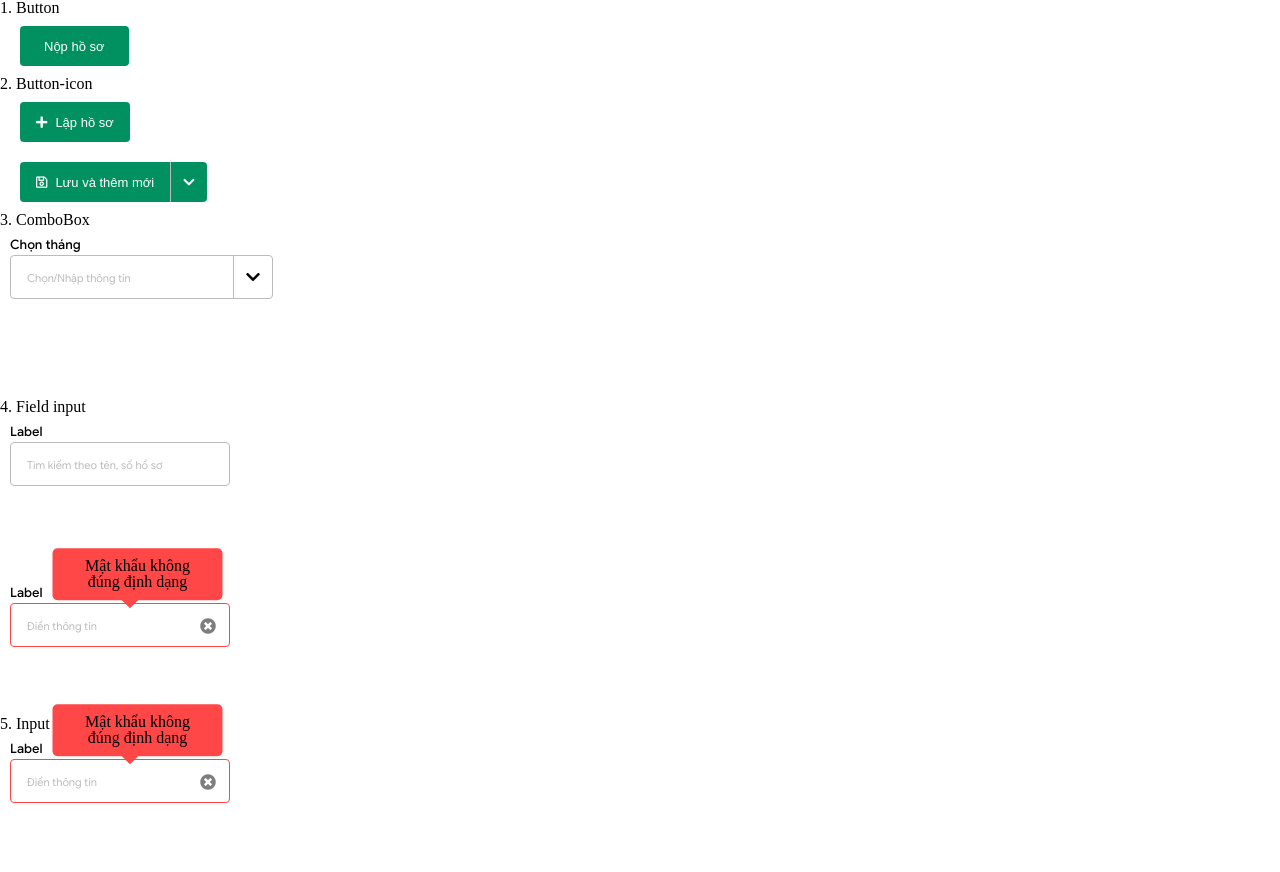
Repository: DAOVANLOI2K1/cukcuk_employeeGrid
Page: Page/index.html
An editor plug-in stored every save of this project. The page is shown before and after the next save, followed by the edit.
The browser window is 1280 px wide. The pictures show the whole page.

Above is the page before, as saved 2022-06-28 10:11:22.

### Page/index.html
<!DOCTYPE html>
<html lang="en">
<head>
    <meta charset="UTF-8">
    <meta http-equiv="X-UA-Compatible" content="IE=edge">
    <meta name="viewport" content="width=\\, initial-scale=1.0">
    <link rel="stylesheet" href="../css/common/common.css">
    <link rel="stylesheet" href="../css/layout/reset.css">
    <link rel="stylesheet" href="../asset/font/fontawesome-5.15.1/css/all.min.css">
    <title>Document</title>
</head>
<body>
    <label>1. Button</label>
    <div class="row">
        <button class="ms-btn">Nộp hồ sơ</button>
    </div>
    <label>2. Button-icon</label>
    <div class="row">
        <button class="ms-btn ms-btn-icon"><i class="fas fa-plus icon"></i>Lập hồ sơ</button>
    </div>
    <div class="row">
        <button class="ms-btn ms-btn-icon btn2"><i class="far fa-save icon"></i>Lưu và thêm mới</button>
        <button class="ms-btn arrow-down"><i class="fas fa-chevron-down icon"></i></button>
    </div>
    <label>3. ComboBox</label>
    <div class="row">
        <h3 class="label">Chọn tháng</h3>
        <div class="combo_box">
            <input type="text" class="ms-input input1" id="input" placeholder="Chọn/Nhập thông tin">
            <i class="fas fa-chevron-down icon"></i>
            <div class="options-dropdown">
                <div class="option">
                    <i class="fas fa-check option_icon"></i>
                    <h3 class="option_text">Trạng thái 1</h3>
                </div>
                <div class="option">
                    <i class="fas fa-check option_icon"></i>
                    <h3 class="option_text">Trạng thái 2</h3>
                </div>
            </div>
        </div>
    </div>
    <label>4. Field input</label>
    <div class="row">
        <h3 class="label">Label</h3>
        <input type="text" class="ms-input" placeholder="Tìm kiếm theo tên, số hồ sơ">
    </div>
    <div class="row" style="margin-top: 100px;">
        <h3 class="label">Label</h3>
        <input type="text" class="ms-input error_input" placeholder="Điền thông tin">
        <div class="error_box">
            <h2 class="error_message">Mật khẩu không đúng định dạng</h2>
        </div>
        <i class="fas fa-times-circle error_icon"></i>
    </div>
    <label>5. Input Icon</label>
    <div class="row">
        <h3 class="label">Label</h3>
        <input type="text" class="ms-input error_input" placeholder="Điền thông tin">
        <div class="error_box">
            <h2 class="error_message">Mật khẩu không đúng định dạng</h2>
        </div>
        <i class="fas fa-times-circle error_icon"></i>
    </div>
    <script src="../js/main.js"></script>
</body>
</html>

### css/common/common.css
@import url(button.css);
@import url(input.css);
@import url(combobox.css);
@import url(fieldInput.css);

body {
    font-family: GoogleSans-Regular;
    box-sizing: border-box;
}

.row {
    margin-left: 10px;
}

@font-face {
    font-family: GoogleSans-Bold;
    src: url(../../asset/font/GoogleSans-Bold.otf);
}
@font-face {
    font-family: GoogleSans-Medium;
    src: url(../../asset/font/GoogleSans-Medium.otf);
}
@font-face {
    font-family: GoogleSans-Regular;
    src: url(../../asset/font/GoogleSans-Regular.otf);
}

### js/main.js
// click arrow combobox
document.querySelector('.combo_box .icon').addEventListener('click', function(e) {
    this.classList.toggle('active');
    document.getElementsByClassName('option')[1].classList.remove('active');
    document.getElementsByClassName('option')[0].classList.remove('active');
});
// click option drop combobox
document.getElementsByClassName('option')[0].addEventListener('click', function() {
    this.classList.add('active');
    document.getElementsByClassName('option')[1].classList.remove('active');
    document.getElementById('input').value = 'Trạng thái 1';
});
document.getElementsByClassName('option')[1].addEventListener('click', function() {
    this.classList.add('active');
    document.getElementsByClassName('option')[0].classList.remove('active');
    document.getElementById('input').value = 'Trạng thái 2';
});

### css/common/button.css
.ms-btn {
    margin: 10px;
    height: 40px;
    padding: 0 24px;
    color: #fff;
    background-color: #019160;
    border-radius: 4px;
    font-size: 13px;
    align-items: center;
    border: none;
    cursor: pointer;
    min-width: 100px;
    transition: all .1s linear;
}

.ms-btn:hover {
    background-color: #2fbe8e;
}

.ms-btn:active {
    background-color: #01b075;
}

.ms-btn-icon {
    padding: 0 16px;
    text-align: left;
    margin-right: 0;
}

.ms-btn-icon > .icon{
    margin-right: 8px;
}

.btn2 {
    border-top-right-radius: 0;
    border-bottom-right-radius: 0;
}

.arrow-down {
    padding: 0 12px;
    min-width: unset;
    margin-left: -4px;
    border-left: 1px solid #bbb;
    border-bottom-left-radius: 0;
    border-top-left-radius: 0;
}
.arrow-down:hover > .icon {
    transform: rotate(180deg);
}

### css/common/input.css
.ms-input {
    outline: none;
    padding-left: 16px;
    height: 40px;
    border: 1px solid #bbb;
    border-radius: 4px;
    width: 200px;
    font-size: 13px;
    color: #000;
}

.label {
    margin-top: 10px;
    margin-bottom: 4px;
    font-size: 13px;
    color: #000;
    font-family: GoogleSans-Medium;
}

.ms-input::placeholder {
    font-size: 11px;
    color: #bbb;
    font-family: GoogleSans-Regular;
}

.ms-input:focus {
    border-color: #019160;
}

### css/common/combobox.css
.input1 {
    padding-right: 45px;
}

.combo_box {
    position: relative;
    display: inline-block;
    margin-bottom: 100px;
}

.combo_box > .icon {
    position: absolute;
    top: 1px;
    right: 1px;
    padding: 13px 12px;
    border-left: 1px solid #bbb;
    border-top-right-radius: 4px;
    border-bottom-right-radius: 4px;
    cursor: pointer;
}
.icon.active {
    border-top-right-radius: 0;
    border-bottom-right-radius: 0;
    border-top-left-radius: 4px;
    border-bottom-left-radius: 4px;
    border-left: none;
    border-right: 1px solid #bbb;
    background-color: #e9ebee;
    transform: rotate(180deg);
}
.icon.active ~ .options-dropdown {
    opacity: 1;
    visibility: visible;
}

.options-dropdown {
    position: absolute;
    padding: 5px 0;
    top: 100%;
    left: 0;
    width: 100%;
    border-radius: 4px;
    box-shadow: 0 2px 5px 0 rgba(0, 0, 0, 0.432);
    opacity: 0;
    visibility: hidden;
    transition: all .1s linear;
}

.option {
    display: flex;
    align-items: center;
    height: 40px;
}

.option_icon {
    margin: 0 10px;
    font-size: 16px;
    opacity: 0;
}

.option:hover {
    background-color: #e9ebee;
}

.option.active {
    background-color: #019160;
    color: white;
}
.option.active > .option_icon{
    opacity: 1;
}

### css/common/fieldInput.css
.error_box {
    width: 130px;
    padding: 10px 20px;
    background-color: #ff4747;
    text-align: center;
    border-radius: 5px;
    position: relative;
    transform: translate(25%, -190%);
}

.error_box::before {
    content: "";
    position: absolute;
    bottom: -5px;
    right: 50%;
    width: 15px;
    height: 15px;
    background-color: #ff4747;
    transform: rotate(45deg);
}

.error_input {
    border-color: #ff4747;
}

.error_icon {
    transform: translate(190px, -81px);
    opacity: 0.5;
    cursor: pointer;
}

Loaded but not shown: css/layout/reset.css (common file); asset/font/fontawesome-5.15.1/css/all.min.css (library)

After the next save:
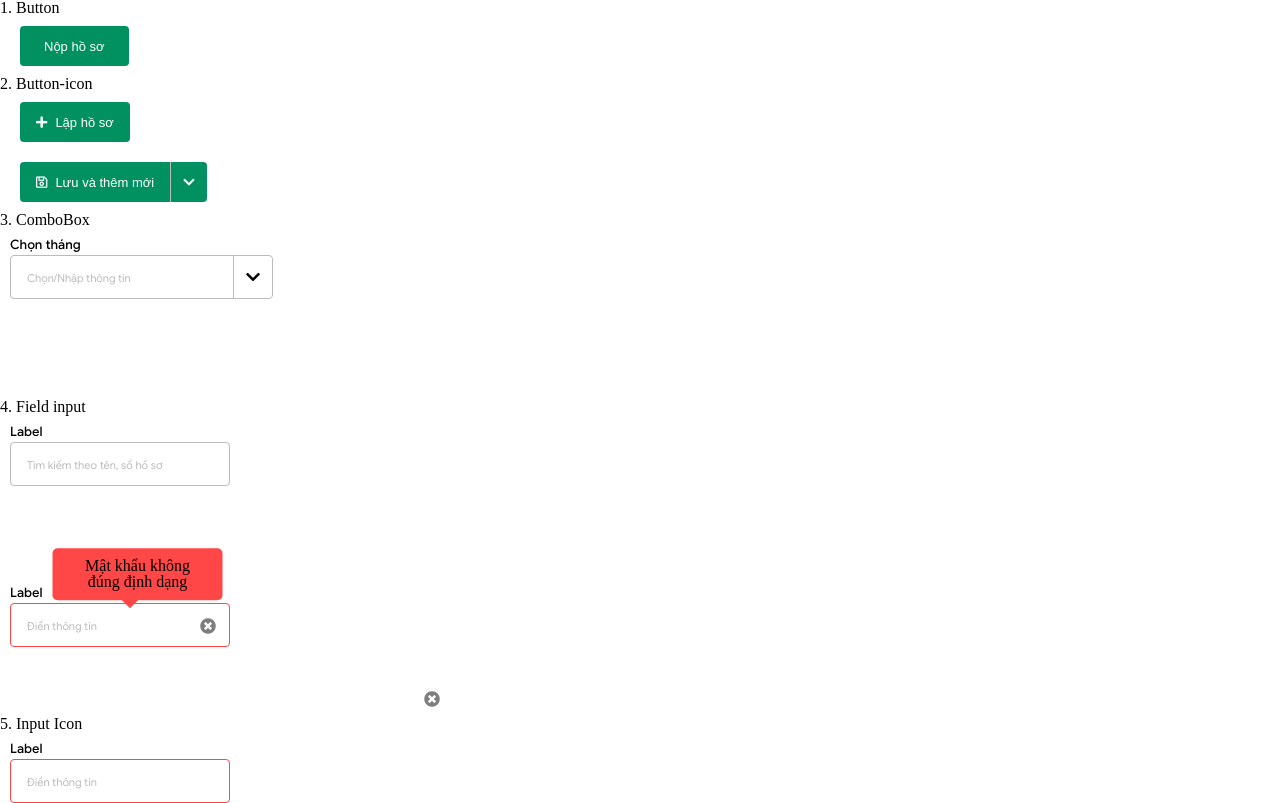
Saved 5 s later.
--- a/Page/index.html
+++ b/Page/index.html
@@ -57,9 +57,6 @@
     <div class="row">
         <h3 class="label">Label</h3>
         <input type="text" class="ms-input error_input" placeholder="Điền thông tin">
-        <div class="error_box">
-            <h2 class="error_message">Mật khẩu không đúng định dạng</h2>
-        </div>
         <i class="fas fa-times-circle error_icon"></i>
     </div>
     <script src="../js/main.js"></script>
